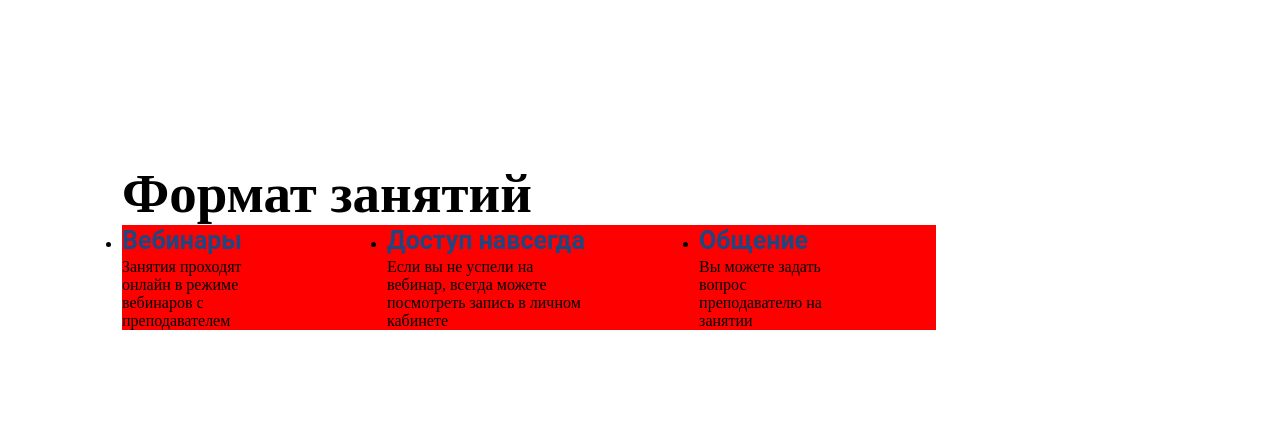
Repository: mirali879/previous-proj
Page: index.html
These files come from the project's save history. The page is drawn as it stood at one moment and after a run of saves; the edit follows.
The browser window is 1280 px wide. The pictures show the whole page.

Above is the page before, as saved 2023-05-06 19:12:43.

### index.html
<!DOCTYPE html>
<html lang="en">
  <head>
    <meta charset="UTF-8" />
    <meta http-equiv="X-UA-Compatible" content="IE=edge" />
    <meta name="viewport" content="width=device-width, initial-scale=1.0" />
    <link rel="stylesheet" href="/style.css" />
    <title>Document</title>
  </head>
  <body>
    <div class="page-1">
      <h1>Формат занятий</h1>

      <ul>
        <li >
          <h3>Вебинары</h3>
          <span
            >Занятия проходят онлайн в режиме вебинаров с преподавателем</span
          >
        </li>
        <li >
          <h3>Доступ навсегда</h3>
          <span
            >Если вы не успели на вебинар, всегда можете посмотреть запись в
            личном кабинете</span
          >
        </li>
        <li >
          <h3>Общение</h3>
          <span>Вы можете задать вопрос преподавателю на занятии</span>
        </li>
      </ul>
    </div>

    <!-- <div class="container">
      <h1>Что узнаем?</h1>

      <div class="row">
        <ul class="list">
          <li>Кто чем занят в съёмочной группе;</li>
          <li>На какие этапы делится кинопроизводство;</li>
          <li>
            Как выглядит сценарий фильма и как он меняется по ходу съёмок;
          </li>
          <li>
            Какими методами режиссёры заставляют нас смеяться, плакать и
            грустить;
          </li>
          <li>
            Как построение кадра, музыка и свет помогают считывать заложенные в
            фильм смыслы;
          </li>
          <li>
            Какие жанры есть в кино и как от них зависит работа операторов,
            осветителей и монтажёров;
          </li>
          <li>Как, зная всё это, понимать, о чем фильм.</li>
        </ul>
      </div>
    </div> -->

    <!-- <div class="container2">
        <h1>Программа курса</h1>
        <div class="box-row">
            <div class="box">
                <img src="/images/pic-1.png" alt="">
                <h3>1. Как создают кино</h3>
                <div class="div">
                    8 сентября 20:00 Данила Кузнецов
                </div>
            </div>

            <div class="box">
                <img src="/images/pic-1.png" alt="">
                <h3>1. Как создают кино</h3>
                <div class="div">
                    8 сентября 20:00 Данила Кузнецов
                </div>
            </div>

            <div class="box">
                <img src="/images/pic-1.png" alt="">
                <h3>1. Как создают кино</h3>
                <div class="div">
                    8 сентября 20:00 Данила Кузнецов
                </div>
            </div>

            <div class="box">
                <img src="/images/pic-1.png" alt="">
                <h3>1. Как создают кино</h3>
                <div class="div">
                    8 сентября 20:00 Данила Кузнецов
                </div>
            </div>

            <div class="box">
                <img src="/images/pic-1.png" alt="">
                <h3>1. Как создают кино</h3>
                <div class="div">
                    8 сентября 20:00 Данила Кузнецов
                </div>
            </div>

            <div class="box">
                <img src="/images/pic-1.png" alt="">
                <h3>1. Как создают кино</h3>
                <div class="div">
                    8 сентября 20:00 Данила Кузнецов
                </div>
            </div>

            <div class="box">
                <img src="/images/pic-1.png" alt="">
                <h3>1. Как создают кино</h3>
                <div class="div">
                    8 сентября 20:00 Данила Кузнецов
                </div>
            </div>

            <div class="box">
                <img src="/images/pic-1.png" alt="">
                <h3>1. Как создают кино</h3>
                <div class="div">
                    8 сентября 20:00 Данила Кузнецов
                </div>
            </div>
        </div>
    </div> -->
  </body>
</html>

### style.css
* {
  margin: 0;
  padding: 0;
}

.page-1 {
  padding: 162px 344px 188px 122px;
}

.page-1 h1 {
  font-family: Roboto Slab;
  font-size: 55px;
  font-weight: 700;
  text-align: left;
}

ul {
  background-color: aqua;
  display: flex;
}
li {
  margin-right: 112px;
}
.col-1 {
  width: 223px;
}
.col-2 {
  width: 271px;
}
.col-3 {
  width: 245px;
}

ul .col h3 {
  font-family: Roboto;
  font-size: 25px;
  font-weight: 700;
  line-height: 32px;
  letter-spacing: 0em;
  text-align: left;
}

.col span {
  font-family: Roboto;
  font-size: 18px;
  font-weight: 400;
  line-height: 23px;
  letter-spacing: 0em;
  text-align: left;
}

.list{
    width: 666px;
}

.list li {
  font-family: Roboto;
  font-size: 24px;
  font-weight: 400;
  line-height: 36px;
  letter-spacing: 0em;
  text-align: left;
}


.container2{
    padding: 0 85px 0 85px;
}

.box-row{
    display: flex;
    background-color: aqua;
    width: 100%;
    flex-wrap: wrap;

}


.box-row .box{
    width: 399px;
}

.page-1 ul{
  display: flex;
  background-color: red;
}
.page-1 ul li h3{
  font-family: 'Roboto';
  font-style: normal;
  font-weight: 700;
  font-size: 25px;
  line-height: 130%;
  color: #1E4681;
}
.page-1 ul li span{

}

After the next 2 saves:
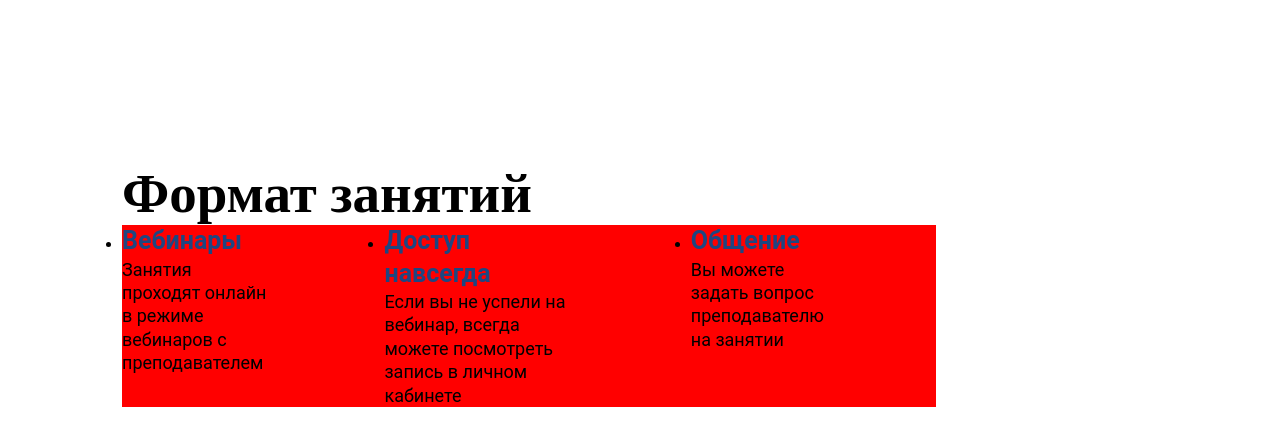
The 2 saves are shown as one change because they came seconds apart.
The last was saved 12 s later.
--- a/style.css
+++ b/style.css
@@ -93,5 +93,12 @@ ul .col h3 {
   color: #1E4681;
 }
 .page-1 ul li span{
+  font-family: 'Roboto';
+font-style: normal;
+font-weight: 400;
+font-size: 18px;
+line-height: 130%;
+
+color: #000000;
 
 }
